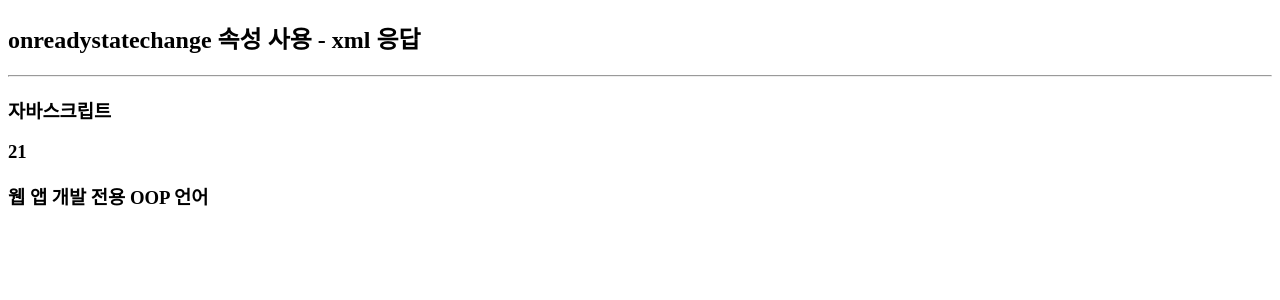
Repository: golddrone7/front
Page: step10_Ajax/src/main/webapp/test6/xmlTest2.html
An editor plug-in stored every save of this project. The page is shown before and after the next save, followed by the edit.
The browser window is 1280 px wide. The pictures show the whole page.

Above is the page before, as saved 2023-02-27 06:10:48.

After the next save:
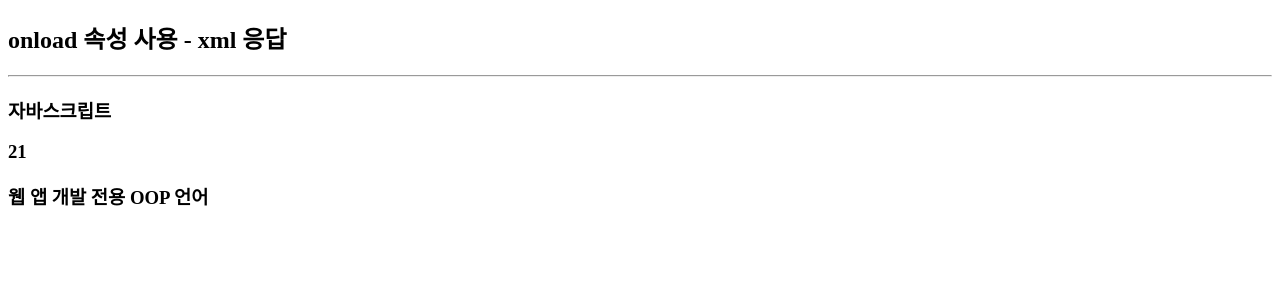
Saved 37 s later.
--- a/step10_Ajax/src/main/webapp/test6/xmlTest2.html
+++ b/step10_Ajax/src/main/webapp/test6/xmlTest2.html
@@ -36,7 +36,7 @@
 </script>
 </head>
 <body>
-<h2>onreadystatechange 속성 사용 - xml 응답</h2>
+<h2>onload 속성 사용 - xml 응답</h2>
 
 <hr>
 
